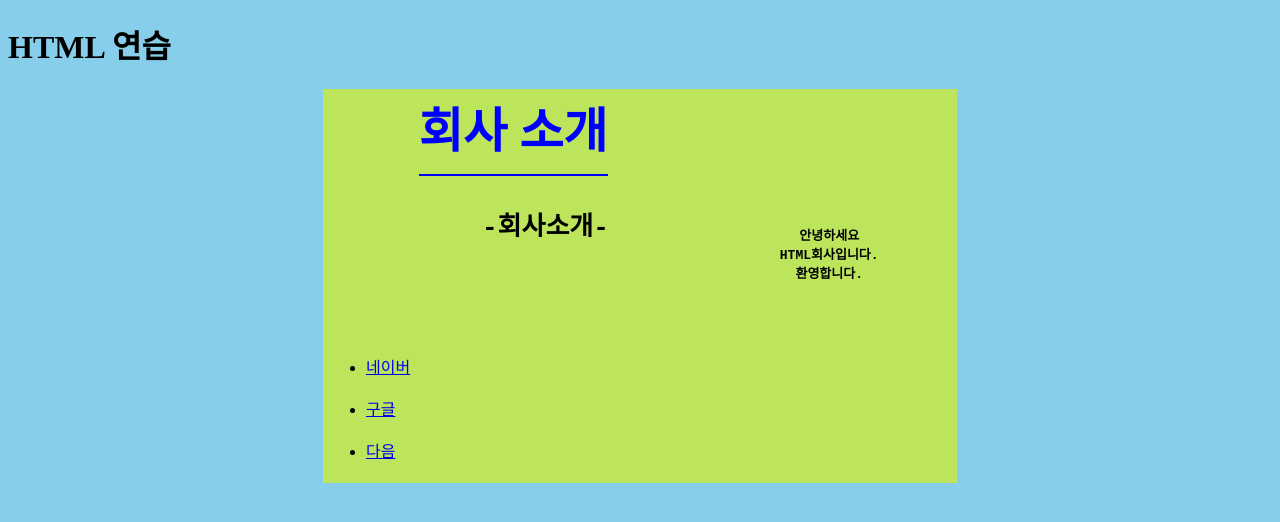
Repository: leeseungho1994/test09
Page: html/NewFile.html
The author's editor kept a copy of each file at every save. The page is drawn from the files as they stood at one save, then again after the next save.
The browser window is 1280 px wide. The pictures show the whole page.

Above is the page before, as saved 2020-10-29 09:16:53.

### html/NewFile.html
<!DOCTYPE html>
<html>
<head>
<meta charset="UTF-8">
<title>Insert title here</title>
</head>
<body style="background-color: skyblue;">
	<h1>HTML 연습</h1>
	<table style="background-color: #BCE55C;" align="center" width="500">
		<tr>
			<th><font size="7" face="궁서체" color="blue">회사 소개</font></th>

		</tr>
		<tr>
			<th><hr width="50%" align="center" color="blue"></th>
		</tr>
		<tr>
			<td><pre><h1>	  -회사소개-
			</h2>
				</pre></td>
				<th>
				<pre>
안녕하세요
HTML회사입니다.
환영합니다.
				</pre>
				</th>
		</tr>
		<tr>
			<td><ul>
					<li><a href="https://www.naver.com/">네이버</a></li>
					<br>
					<li><a href="https://www.google.co.kr/">구글</a></li>
					<br>
					<li><a href="https://www.google.co.kr/">다음</a></li>
				</ul></td>
		</tr>
		<tr>

		</tr>
	</table>
</body>
</html>

After the next save:
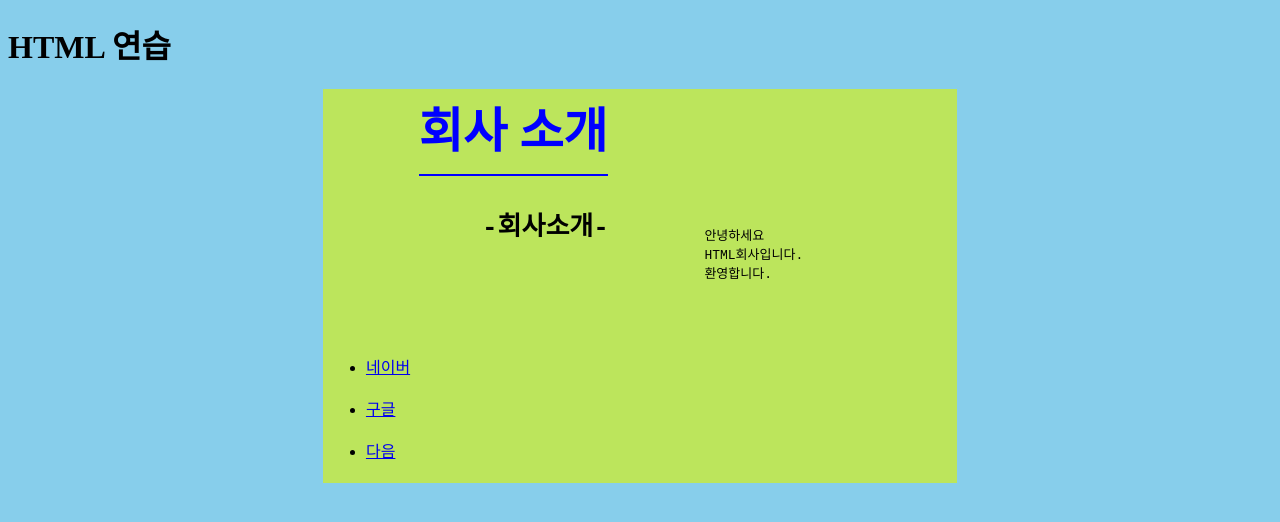
Saved 7 s later.
--- a/html/NewFile.html
+++ b/html/NewFile.html
@@ -18,13 +18,13 @@
 			<td><pre><h1>	  -회사소개-
 			</h2>
 				</pre></td>
-				<th>
+				<td>
 				<pre>
 안녕하세요
 HTML회사입니다.
 환영합니다.
 				</pre>
-				</th>
+				</td>
 		</tr>
 		<tr>
 			<td><ul>
